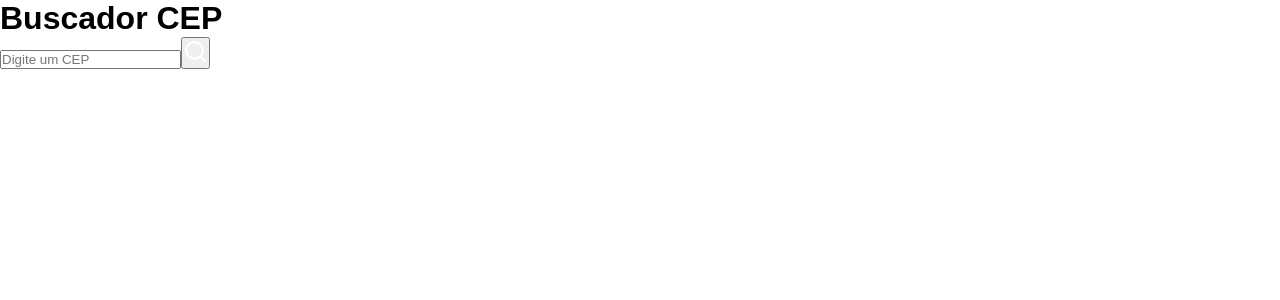
Repository: WelyntonRenan/buscador-cep
Page: / (app in buscador/)
These files come from the project's save history. The page is drawn as it stood at one moment and after the next save; the edit follows.
The browser window is 1280 px wide. The pictures show the whole page.
The project was rebuilt for these pictures with package versions that can differ from the ones it lists, and the page was loaded fresh each time.

Above is the page before, as saved 2022-11-13 23:28:54.

After the next save:
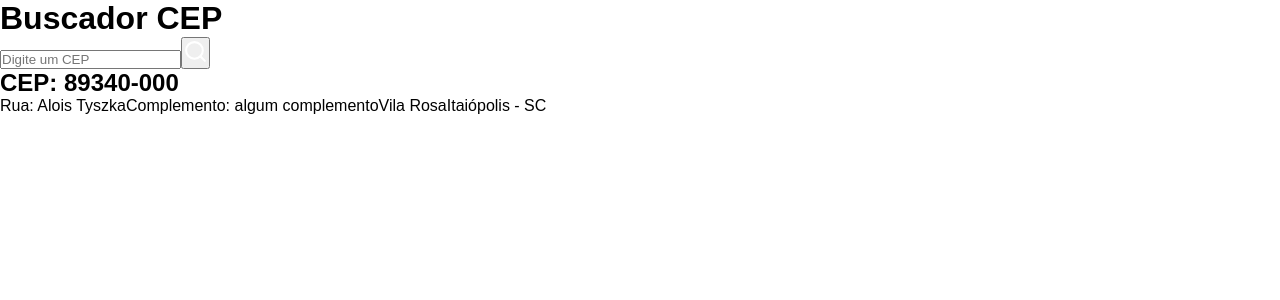
Saved 2 min 20 s later.
--- a/buscador/src/App.js
+++ b/buscador/src/App.js
@@ -16,6 +16,16 @@ function App() {
           <FiSearch size={25} color="#FFF" />
         </button>
 
+        <main className='main'>
+          <h2>CEP: 89340-000</h2>
+
+          <span>Rua: Alois Tyszka</span>
+          <span>Complemento: algum complemento</span>
+          <span>Vila Rosa</span>
+          <span>Itaiópolis - SC</span>
+
+        </main>
+
       </div>
 
     </div>
